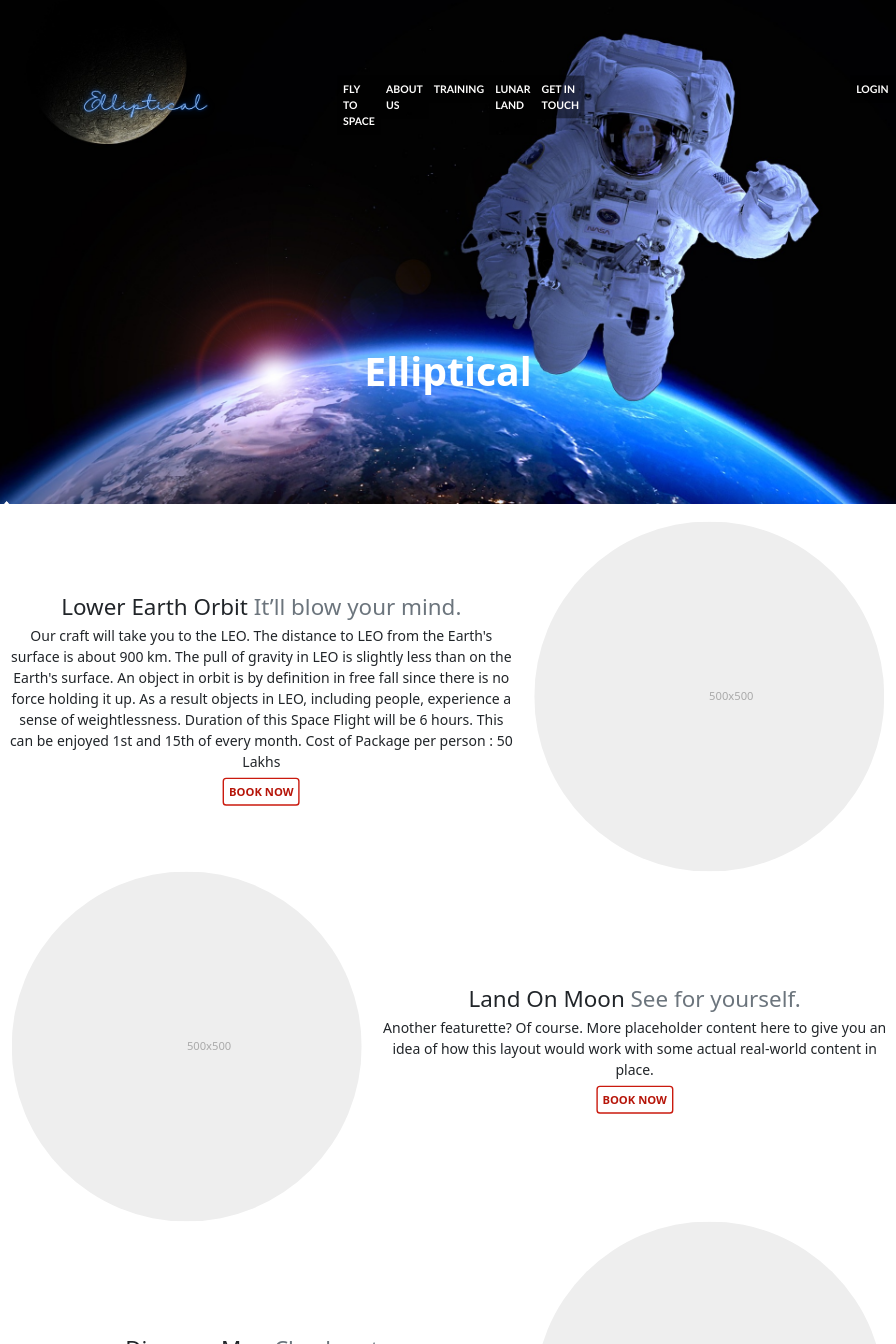
Repository: sarthakkathpalia/elliptical
Page: html/home.html
An editor plug-in stored every save of this project. The page is shown before and after the next save, followed by the edit.
The browser window is 1280 px wide. The pictures show the part of the page from y = 0 to 1920 px (the page is 4287 px tall), at 70% of full size.
Some web libraries are served in a nearby version.

Above is the page before, as saved 2021-10-31 14:20:38.
Console error: ReferenceError: emailjs is not defined

After the next save:
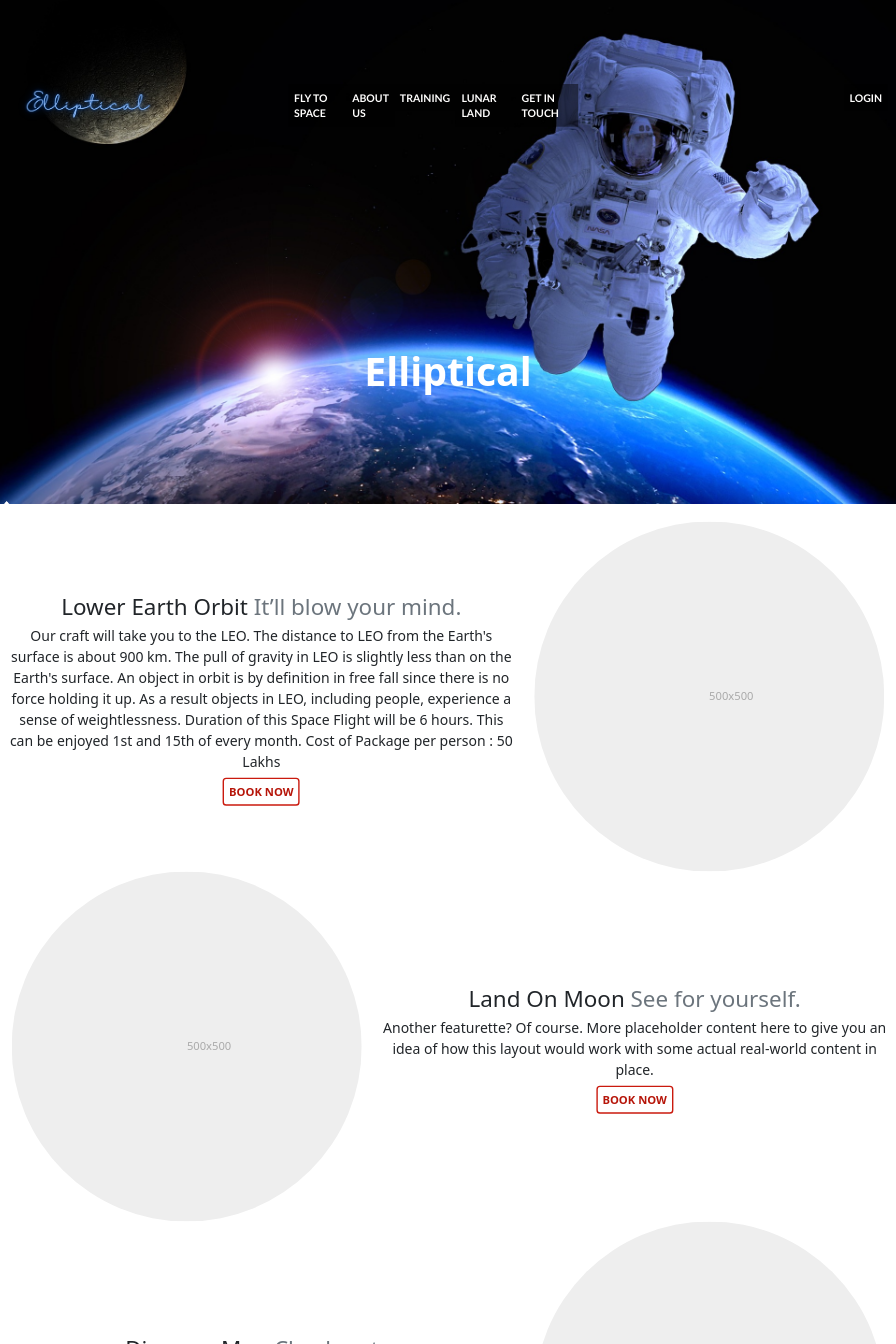
Saved 15 s later.
--- a/html/home.html
+++ b/html/home.html
@@ -21,15 +21,15 @@
   <body>
     <nav class="navbar navbar-expand-lg ">
 
-
+      <a class="logo" href="#">
+        <img src="./Elliptical Logo without bg.png" alt="Elliptical" width="250px" height="250px">
+      </a>
 
         <div class="container">
         <!-- <button class="navbar-toggler" type="button" data-bs-toggle="collapse" data-bs-target="#navbarNavDropdown" aria-controls="navbarNavDropdown" aria-expanded="false" aria-label="Toggle navigation">
           <span class="navbar-toggler-icon"></span>
         </button> -->
-        <a class="logo" href="#">
-          <img src="./Elliptical Logo without bg.png" alt="Elliptical" width="250px" height="250px">
-        </a>
+
         <div class="collapse navbar-collapse" id="navbarNavDropdown">
           <ul class="navbar-nav ">
             <li class="nav-item">
